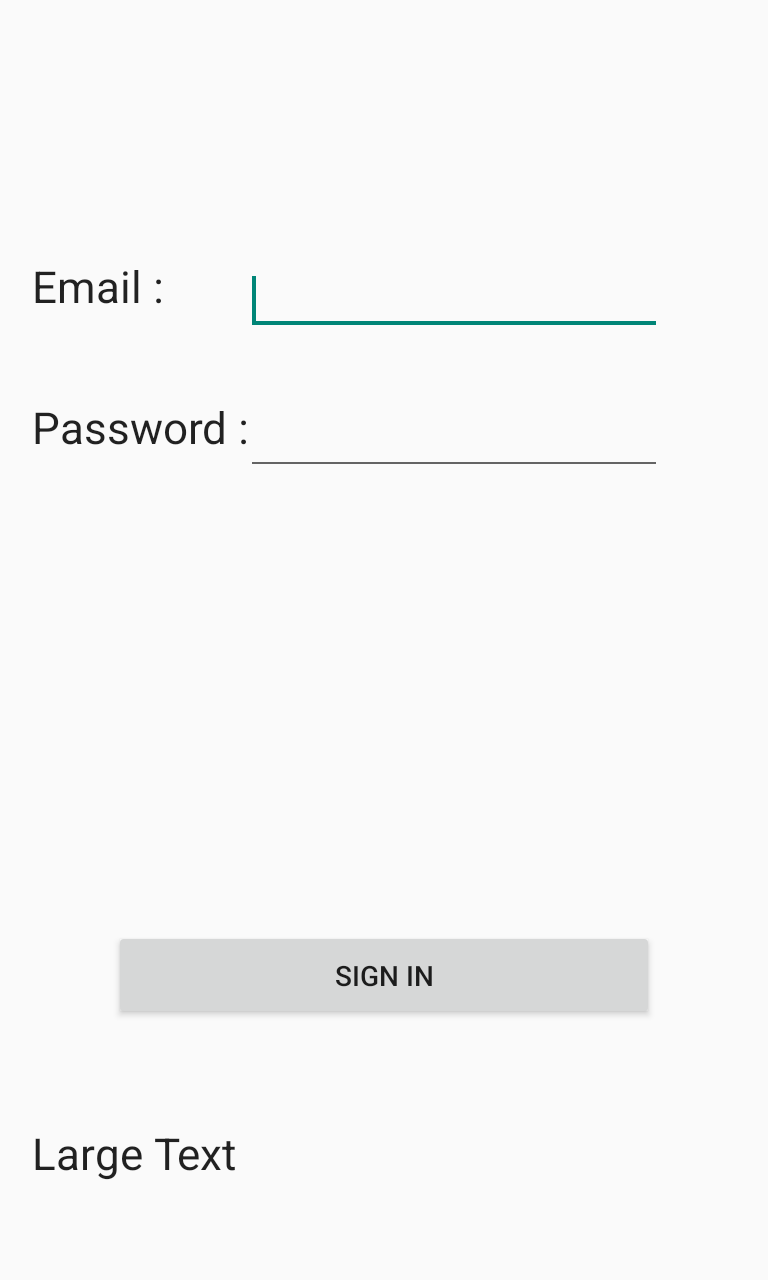
Repository: HAYKEL88/MASTER2_PFE
Layout: PFE_ANDROID/res/layout/activity_sign_in.xml
An editor plug-in stored every save of this project. The layout is shown before and after the next save, followed by the edit.
It is drawn on a 768 x 1280 px phone screen (xhdpi) without system bars, with theme AppTheme; the app's code is not run.

Above is the layout before, as saved 2014-12-18 21:53:27.

After the next save:
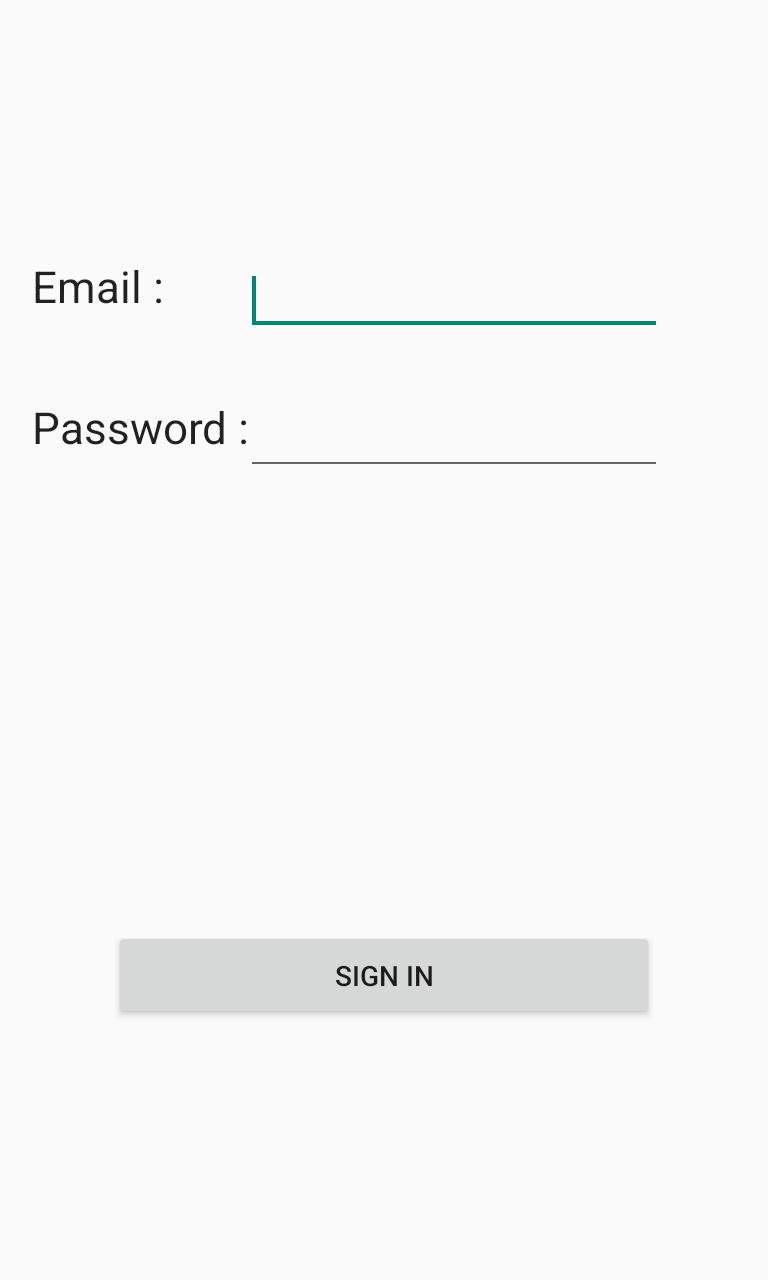
Saved 21 s later.
--- a/PFE_ANDROID/res/layout/activity_sign_in.xml
+++ b/PFE_ANDROID/res/layout/activity_sign_in.xml
@@ -58,8 +58,7 @@
         android:layout_alignParentLeft="true"
         android:layout_alignParentRight="true"
         android:layout_marginBottom="33dp"
-        android:inputType="textMultiLine"
-        android:text="Large Text"
+        android:text=""
         android:textAppearance="?android:attr/textAppearanceLarge" />
 
     <Button
